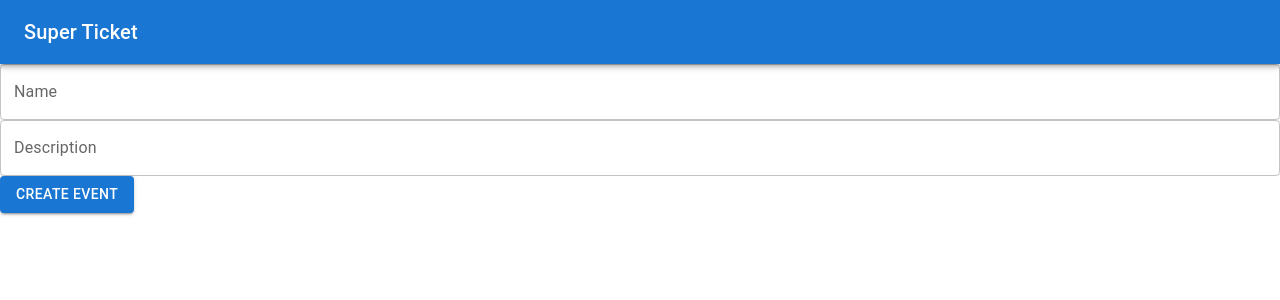
Repository: ferugarte/superticket
Page: /create-event (app in frontend/)
An editor plug-in stored every save of this project. The page is shown before and after a run of saves, followed by the edit.
The browser window is 1280 px wide. The pictures show the whole page.
The project was rebuilt for these pictures with package versions that can differ from the ones it lists, and the page was loaded fresh each time. Also part of the build but not shown: frontend/src/components/EventList.jsx, frontend/src/components/EventDetail.jsx, frontend/src/components/TicketList.jsx, frontend/src/components/AssignTicket.jsx, frontend/src/services/api.js, frontend/src/components/VerifyTicket.jsx.

Above is the page before, as saved 2024-04-15 15:35:29.

After the next 2 saves:
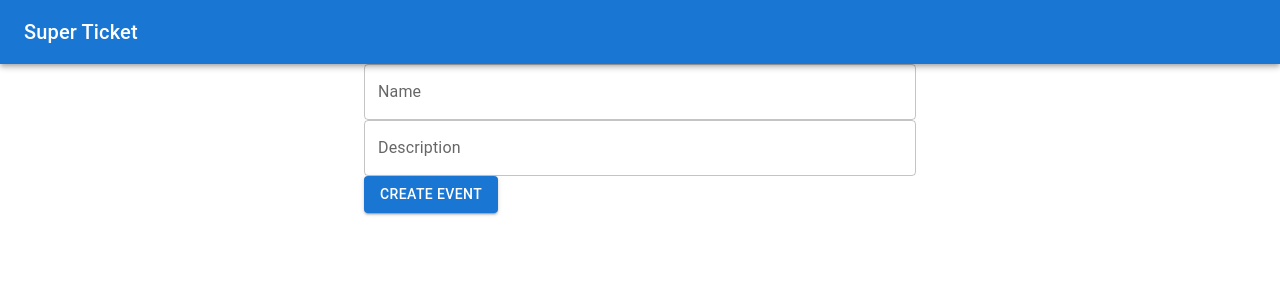
The 2 saves are shown as one change because 1 did not build or start.
The last was saved 66 s later.
--- a/frontend/src/components/CreateEvent.jsx
+++ b/frontend/src/components/CreateEvent.jsx
@@ -1,7 +1,7 @@
 // src/components/CreateEvent.jsx
 import React, { useState } from 'react';
 import axios from 'axios';
-import { Button, TextField } from '@mui/material';
+import { Button, TextField, Container } from '@mui/material';
 
 function CreateEvent() {
     const [name, setName] = useState('');
@@ -15,6 +15,7 @@ function CreateEvent() {
     };
 
     return (
+        <Container maxWidth="sm">
         <form onSubmit={handleSubmit}>
             <TextField
                 label="Name"
@@ -30,6 +31,7 @@ function CreateEvent() {
             />
             <Button type="submit" color="primary" variant="contained">Create Event</Button>
         </form>
+        </Container>
     );
 }
 
